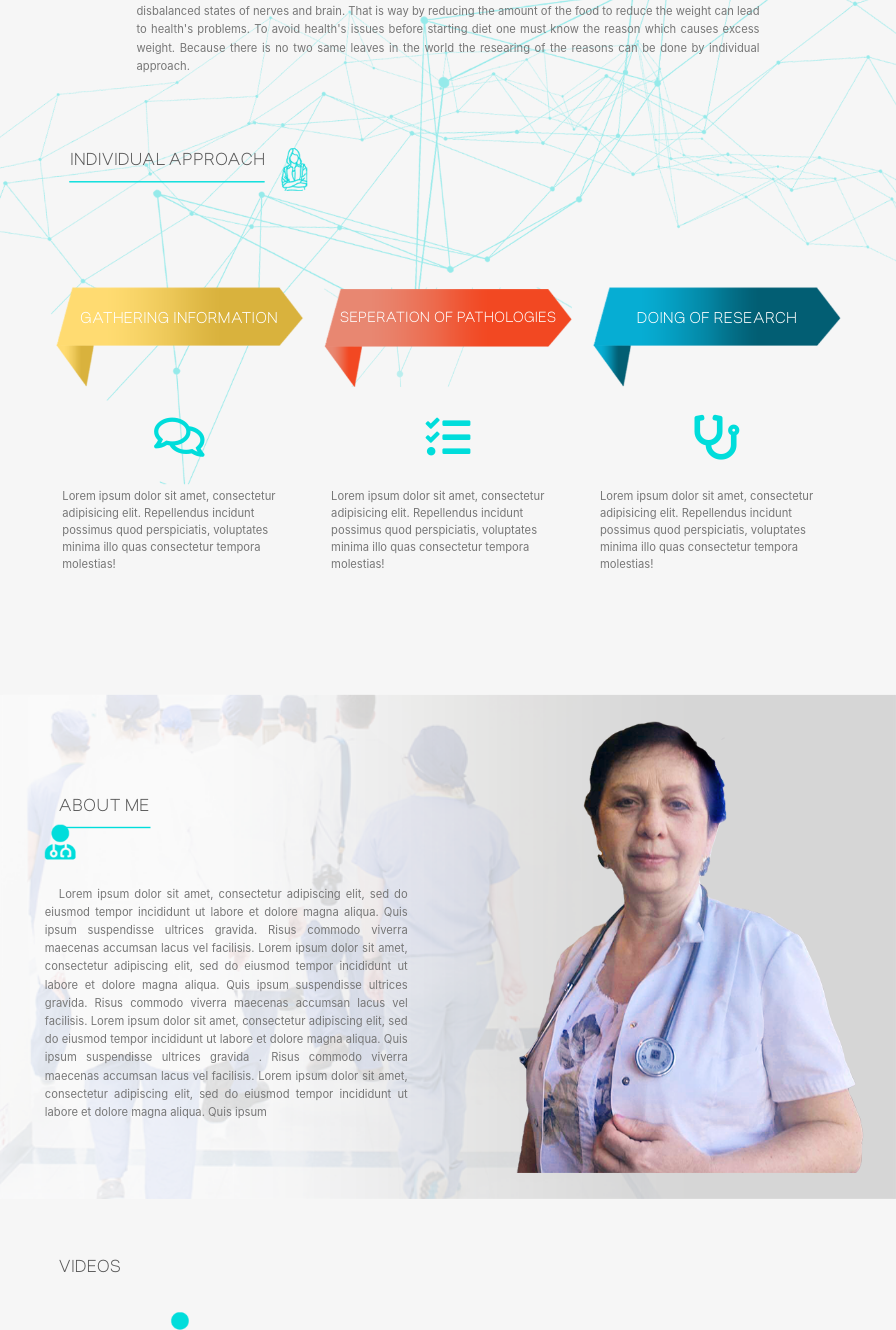
Repository: Aleksandre19/cv-ucmp
Page: index.html
The author's editor kept a record of every edit. The page is drawn from the files as they stood at one moment, then again after the next edit.
The browser window is 1280 px wide. The pictures show the part of the page from y = 854 to 2754 px (the page is 3620 px tall before and 3000 px after), at 70% of full size.
Pictures or frames that could not be fetched are drawn as grey boxes. Backgrounds fixed to the window are drawn as part of the page. Some web libraries are served in a nearby version.

Above is the page before.

### index.html
<!DOCTYPE html>
<html lang="en">

<head>
    <meta charset="UTF-8">
    <meta name="viewport" content="width=device-width, initial-scale=1.0">
    <meta http-equiv="X-UA-Compatible" content="ie=edge">
    <link rel="stylesheet" href="https://stackpath.bootstrapcdn.com/bootstrap/4.4.1/css/bootstrap.min.css" integrity="sha384-Vkoo8x4CGsO3+Hhxv8T/Q5PaXtkKtu6ug5TOeNV6gBiFeWPGFN9MuhOf23Q9Ifjh" crossorigin="anonymous">
    <link rel="stylesheet" href="https://cdnjs.cloudflare.com/ajax/libs/hover.css/2.3.1/css/hover-min.css" type="text/css" />
    <link rel="stylesheet" href="https://cdnjs.cloudflare.com/ajax/libs/font-awesome/5.11.2/css/all.min.css" type="text/css" />
    <link rel="stylesheet" href="assets/css/style.css" type="text/css" />
    <title>Document</title>


</head>

<body>



    <!-- HEADER -->
    <header class="container-fluid header no-gutters">
        <div class="row menuSlWrapper">

            <!-- TOP MAIN MENU -->
            <div class="col-8 col-sm-9 col-md-10 top-menu-wrapper">
                <nav class="navbar navbar-expand-md navbar-light main-menu">
                    <button class="navbar-toggler purple darken-3" type="button" data-toggle="collapse" data-target="#mainMenuDropdown" aria-controls="mainMenuDropdown" aria-expanded="false" aria-label="Toggle navigation">
                        <span class="navbar-toggler-icon"></span>
                    </button>
                    <div class="collapse navbar-collapse" id="mainMenuDropdown">
                        <ul class="navbar-nav mr-auto  ">
                            <li class="navbar-item"><a href="#" class="hvr-float ">home</a></li>
                            <li class="navbar-item"><a href="#" class="hvr-float">about me</a></li>
                            <li class="navbar-item"><a href="#" class="hvr-float">videos</a></li>
                            <li class="navbar-item"><a href="#" class="hvr-float">consultation</a></li>
                        </ul>
                    </div>
                </nav>
            </div>
            <!-- / TOP MAIN MENU -->

            <!-- TOP SOCIAL LINKS -->
            <div class="col-4 col-sm-3 col-md-2 social-links">
                <div class="row">
                    <div class="sl-wrapper">
                        <a href="http://www.facebook.com" target="_blank"><i class="fab fa-facebook"></i></a>
                        <a href="http://www.instagram.com" target="_blank"><i class="fab fa-instagram"></i></a>
                    </div>
                </div>
            </div>
            <!-- /TOP SOCIAL LINKS -->

        </div>
    </header>
    <!-- /HEADER -->


    <section class="container-fluid sections ">
        <!-- Here goes background slideshow's images -->
        <div class="container-fluid slideshow">

            <!-- /Welcoming text animations's container-->
        </div>
    </section>
    <div class="text-container">
        <!-- Welcoming text animations's container-->
        <div id="wh-container">
            <!-- Weight & Health's svg file container  -->
            <!-- Weight & Health's svg file -->
            <svg id="logo" width="100%" height="97" viewBox="0 0 973 97" fill="none" xmlns="http://www.w3.org/2000/svg">
                        <g filter="url(#filter0_d)">
                            <path d="M31.1216 59.2261L32.6938 70.0073L34.9961 60.293L51.168 3.24219H60.2646L76.0435 60.293L78.2896 70.1758L80.0303 59.1699L92.7207 3.24219H103.558L83.7363 85H73.9097L57.064 25.4224L55.7725 19.1895L54.481 25.4224L37.0176 85H27.1909L7.42529 3.24219H18.2065L31.1216 59.2261Z" stroke="white" stroke-width="4" mask="url(#path-1-outside-1)"/>
                            <path d="M161.788 47.2095H126.356V76.1841H167.516V85H115.575V3.24219H166.954V12.1143H126.356V38.3936H161.788V47.2095Z" stroke="white" stroke-width="4" mask="url(#path-1-outside-1)"/>
                            <path d="M192.503 85H181.722V3.24219H192.503V85Z" stroke="white" stroke-width="4" mask="url(#path-1-outside-1)"/>
                            <path d="M272.633 74.2749C269.863 78.243 265.988 81.2191 261.009 83.2031C256.068 85.1497 250.303 86.123 243.714 86.123C237.051 86.123 231.136 84.5695 225.97 81.4624C220.804 78.3179 216.799 73.8631 213.954 68.0981C211.146 62.3332 209.705 55.651 209.63 48.0518V40.9204C209.63 28.6043 212.494 19.0584 218.221 12.2827C223.986 5.507 232.072 2.11914 242.479 2.11914C251.014 2.11914 257.883 4.30908 263.087 8.68896C268.29 13.0314 271.472 19.2082 272.633 27.2192H261.852C259.83 16.4006 253.391 10.9912 242.535 10.9912C235.31 10.9912 229.826 13.5368 226.083 18.6279C222.376 23.6816 220.505 31.0189 220.467 40.6396V47.3218C220.467 56.4933 222.564 63.7931 226.756 69.2212C230.949 74.6118 236.62 77.3071 243.771 77.3071C247.813 77.3071 251.351 76.8579 254.383 75.9595C257.416 75.061 259.924 73.5449 261.908 71.4111V53.0493H242.984V44.2896H272.633V74.2749Z" stroke="white" stroke-width="4" mask="url(#path-1-outside-1)"/>
                            <path d="M353.492 85H342.655V47.2095H301.439V85H290.658V3.24219H301.439V38.3936H342.655V3.24219H353.492V85Z" stroke="white" stroke-width="4" mask="url(#path-1-outside-1)"/>
                            <path d="M427.445 12.1143H401.166V85H390.44V12.1143H364.217V3.24219H427.445V12.1143Z" stroke="white" stroke-width="4" mask="url(#path-1-outside-1)"/>
                            <path d="M462.035 63.0444C462.035 59.1138 463.12 55.5013 465.292 52.207C467.5 48.9128 471.693 45.0757 477.87 40.6958C474.238 36.2785 471.805 32.7222 470.57 30.0269C469.334 27.3315 468.717 24.6549 468.717 21.9971C468.717 15.7829 470.551 10.9163 474.22 7.39746C477.888 3.87858 482.867 2.11914 489.156 2.11914C494.771 2.11914 499.413 3.76628 503.082 7.06055C506.751 10.3174 508.585 14.4352 508.585 19.4141C508.585 22.7083 507.743 25.7593 506.058 28.5669C504.411 31.3371 501.51 34.257 497.354 37.3267L491.346 41.7627L509.54 63.4937C512.085 58.6271 513.358 53.2178 513.358 47.2656H522.735C522.735 56.8115 520.433 64.729 515.829 71.0181L527.508 85H515.042L509.596 78.5425C506.826 81.0132 503.569 82.9036 499.825 84.2139C496.119 85.4867 492.338 86.123 488.482 86.123C480.509 86.123 474.107 84.008 469.278 79.7778C464.449 75.5477 462.035 69.9699 462.035 63.0444ZM488.482 77.644C493.985 77.644 499.02 75.5477 503.587 71.355L483.653 47.4902L481.8 48.8379C475.549 53.4424 472.423 58.1779 472.423 63.0444C472.423 67.4618 473.845 70.9993 476.69 73.6572C479.573 76.3151 483.504 77.644 488.482 77.644ZM479.105 21.6602C479.105 25.2539 481.314 29.7461 485.731 35.1367L492.357 30.4761C494.903 28.6792 496.643 26.9759 497.579 25.3662C498.515 23.7191 498.983 21.735 498.983 19.4141C498.983 16.9059 498.047 14.8283 496.175 13.1812C494.304 11.4966 491.945 10.6543 489.1 10.6543C486.03 10.6543 483.597 11.7025 481.8 13.7988C480.003 15.8577 479.105 18.4782 479.105 21.6602Z" stroke="white" stroke-width="4" mask="url(#path-1-outside-1)"/>
                            <path d="M628.751 85H617.914V47.2095H576.698V85H565.917V3.24219H576.698V38.3936H617.914V3.24219H628.751V85Z" stroke="white" stroke-width="4" mask="url(#path-1-outside-1)"/>
                            <path d="M694.112 47.2095H658.68V76.1841H699.84V85H647.899V3.24219H699.278V12.1143H658.68V38.3936H694.112V47.2095Z" stroke="white" stroke-width="4" mask="url(#path-1-outside-1)"/>
                            <path d="M758.407 63.6621H724.154L716.461 85H705.343L736.563 3.24219H745.997L777.274 85H766.212L758.407 63.6621ZM727.411 54.79H755.206L741.28 16.5503L727.411 54.79Z" stroke="white" stroke-width="4" mask="url(#path-1-outside-1)"/>
                            <path d="M799.117 76.1841H837.862V85H788.28V3.24219H799.117V76.1841Z" stroke="white" stroke-width="4" mask="url(#path-1-outside-1)"/>
                            <path d="M891.151 12.1143H864.872V85H854.146V12.1143H827.923V3.24219H891.151V12.1143Z" stroke="white" stroke-width="4" mask="url(#path-1-outside-1)"/>
                            <path d="M966.114 85H955.277V47.2095H914.061V85H903.28V3.24219H914.061V38.3936H955.277V3.24219H966.114V85Z" stroke="white" stroke-width="4" mask="url(#path-1-outside-1)"/>
                        </g>
                        <defs>
                            <filter id="filter0_d" x="0.884155" y="0.119141" width="971.23" height="96.0039" filterUnits="userSpaceOnUse" color-interpolation-filters="sRGB">
                                <feFlood flood-opacity="0" result="BackgroundImageFix"/>
                                <feColorMatrix in="SourceAlpha" type="matrix" values="0 0 0 0 0 0 0 0 0 0 0 0 0 0 0 0 0 0 127 0"/>
                                <feOffset dy="4"/>
                                <feGaussianBlur stdDeviation="2"/>
                                <feColorMatrix type="matrix" values="0 0 0 0 0 0 0 0 0 0 0 0 0 0 0 0 0 0 0.20 0"/>
                                <feBlend mode="normal" in2="BackgroundImageFix" result="effect1_dropShadow"/>
                                <feBlend mode="normal" in="SourceGraphic" in2="effect1_dropShadow" result="shape"/>
                            </filter>
                        </defs>
                    </svg>
            <!-- /Weight & Health's svg file -->
            <span class="sr-only"> Weight & Health </span>
            <!-- Span for screen reader -->
        </div>
        <!-- Weight & Health's svg file container  -->

        <!-- Consultation section -->
        <div id="free-consultation-text">
            <h1>Free Consultation With </h1>
        </div>
        <!-- /Consultation section -->

        <!-- Diana's section -->
        <div id="diana">
            <h2>
                Doctor Diana Voronina-Akhvlediani
            </h2>
        </div>
        <!--/ Diana's section -->

        <p><button class="btn btn-lg btn-signUp" data-toggle="modal" data-target="#signUpModal">Sign Up</button></p>
        <!-- Sing up button -->

    </div>


    <!-- Individual approach section-->
    <section class="sections individual-section">

        <div class="container-fluid individual-section-wrapper">
            <div class="individual-section-centerer">
                <!-- Centering all section above 1300px screen resolution -->
                <article class="description">

                    <p>
                        The human consists with three independent, interconnected centers which are: body, nerves and brain. Because they are interconnected one's state reflects and influence other's state. The excess weight often can be caoused by disbalanced states of nerves
                        and brain. That is way by reducing the amount of the food to reduce the weight can lead to health's problems. To avoid health's issues before starting diet one must know the reason which causes excess weight. Because there is no
                        two same leaves in the world the researing of the reasons can be done by individual approach.

                    </p>
                    <h2 class="section-title individual-title">
                        Individual approach
                    </h2>
                    <hr class="section-title-underline individual-title-underline ">
                    <i class="individual-desc-icon d-none "></i>
                    <span class="sr-only"> Individual Approach </span>
                </article>

                <div class="row all-steps-wrapper">
                    <div class="col-sm-4 individual-steps gathering-information">
                        <div class="row">
                            <article>
                                <div class="steps-title-bg gathering-bg">
                                    <h3 class="steps-title gathering-title">
                                        Gathering information
                                    </h3>
                                </div>
                                <hr class="individual-title-divider gathering-title-divider d-lg-none">
                                <i class="far fa-comments individual-icons"></i>
                                <p class="steps-text gathering-text">
                                    Lorem ipsum dolor sit amet, consectetur adipisicing elit. Repellendus incidunt possimus quod perspiciatis, voluptates minima illo quas consectetur tempora molestias!

                                </p>
                            </article>
                        </div>
                    </div>

                    <div class="col-sm-4 individual-steps individual-separation">
                        <div class="row">
                            <article>
                                <div class="steps-title-bg separation-bg">
                                    <h3 class="steps-title separation-title">
                                        Seperation of pathologies
                                    </h3>
                                </div>
                                <hr class="individual-title-divider separation-title-divider d-lg-none">
                                <i class="fas fa-tasks individual-icons"></i>
                                <p class="steps-text separation-text">
                                    Lorem ipsum dolor sit amet, consectetur adipisicing elit. Repellendus incidunt possimus quod perspiciatis, voluptates minima illo quas consectetur tempora molestias!
                                </p>
                            </article>
                        </div>
                    </div>

                    <div class="col-sm-4 individual-steps individual-research">
                        <div class="row">
                            <article>
                                <div class="steps-title-bg research-bg">
                                    <h3 class="steps-title research-title">
                                        Doing of research
                                    </h3>
                                </div>
                                <hr class="individual-title-divider research-title-divider d-lg-none">
                                <i class="fas fa-stethoscope individual-icons"></i>
                                <p class="steps-text research-text">
                                    Lorem ipsum dolor sit amet, consectetur adipisicing elit. Repellendus incidunt possimus quod perspiciatis, voluptates minima illo quas consectetur tempora molestias!
                                </p>
                            </article>
                        </div>
                    </div>
                </div>
            </div>
        </div>
    </section>
    <!-- /Individual approach section-->


    <!-- About Me section-->
    <section class="section about-me">
        <div class="about-md-bg">
            <div class="container-fluid about-wrapper">
                <div class="row">
                    <div class="col-md-6">
                        <div class="row">
                            <article>
                                <h2 class="section-title about-title">
                                    About me
                                </h2>
                                <hr class="section-title-underline about-title-underline">
                                <i class="about-section-title-icon"></i>
                                <span class="sr-only">About Diana Voronina-Akhvlediani</span>
                                <p class="about-text">
                                    Lorem ipsum dolor sit amet, consectetur adipiscing elit, sed do eiusmod tempor incididunt ut labore et dolore magna aliqua. Quis ipsum suspendisse ultrices gravida. Risus commodo viverra maecenas accumsan lacus vel facilisis. Lorem ipsum dolor sit amet,
                                    consectetur adipiscing elit, sed do eiusmod tempor incididunt ut labore et dolore magna aliqua. Quis ipsum suspendisse ultrices gravida. Risus commodo viverra maecenas accumsan lacus vel facilisis. Lorem ipsum dolor
                                    sit amet, consectetur adipiscing elit, sed do eiusmod tempor incididunt ut labore et dolore magna aliqua. Quis ipsum suspendisse ultrices gravida . Risus commodo viverra maecenas accumsan lacus vel facilisis. Lorem
                                    ipsum dolor sit amet, consectetur adipiscing elit, sed do eiusmod tempor incididunt ut labore et dolore magna aliqua. Quis ipsum
                                </p>
                            </article>
                        </div>

                    </div>
                    <div class="d-none d-md-block col-md-6 diana-img-container">
                        <div class="row">

                            <img src="assets/images/about/md/diana-md-img.png" alt="Diana's image" class="diana-img d-lg-none" />
                            <img src="assets/images/about/lg/diana-lg-img.png" alt="Diana's image" class="diana-img d-none d-lg-block" />
                        </div>
                    </div>
                </div>
            </div>
        </div>
    </section>
    <!-- /About Me section-->


    <!-- Videos section-->
    <section class="section videos-section">
        <div class="videos-wrapper">
            <div class="container-fluid">
                <div class="row">
                    <h2 class="section-title videos-title">
                        Videos
                    </h2>
                    <hr class="section-title-underline about-title-underline">
                    <i class="about-section-title-icon"></i>
                    <div class="col-md-6 col-lg-4">
                        <div class="row">
                            <article>
                                <iframe width="100%" height="315px" src="https://www.youtube.com/embed/M8S400st6-E" frameborder="0" allow="accelerometer; autoplay; encrypted-media; gyroscope; picture-in-picture" allowfullscreen></iframe>
                                <p class="video-description">
                                    Lorem ipsum dolor sit amet, consectetur adipisicing elit. Quam quod, quisquam. Similique sit labore dolorum asperiores accusantium possimus ex, iusto obcaecati fuga.
                                </p>
                            </article>
                        </div>
                    </div>
                    <div class="col-md-6 col-lg-4">
                        <div class="row">
                            <article>
                                <iframe width="100%" height="315" src="https://www.youtube.com/embed/NzeFsI2Zoso" frameborder="0" allow="accelerometer; autoplay; encrypted-media; gyroscope; picture-in-picture" allowfullscreen></iframe>
                                <p class="video-description">
                                    Lorem ipsum dolor sit amet, consectetur adipisicing elit. Quam quod, quisquam. Similique sit labore dolorum asperiores accusantium possimus ex, iusto obcaecati fuga.
                                </p>
                            </article>
                        </div>
                    </div>
                    <div class="d-none d-lg-block col-lg-4">
                        <div class="row">
                            <article>
                                <iframe width="100%" height="315" src="https://www.youtube.com/embed/Re6V4-Qe1eo" frameborder="0" allow="accelerometer; autoplay; encrypted-media; gyroscope; picture-in-picture" allowfullscreen></iframe>
                                <p class="video-description">
                                    Lorem ipsum dolor sit amet, consectetur adipisicing elit. Quam quod, quisquam. Similique sit labore dolorum asperiores accusantium possimus ex, iusto obcaecati fuga.
                                </p>
                            </article>
                        </div>
                    </div>
                </div>
            </div>
        </div>
    </section>
    <!-- /Videos section-->


    <!-- Feedbacks section-->
    <section>

    </section>
    <!-- /Feedbacks section-->


    <!-- Consultation's section-->
    <section>

    </section>
    <!-- /Consultation's section-->


    <!-- footer section -->
    <footer>

    </footer>
    <!-- /footer section -->

    <!-- / All site wrapper div -->

    <!-- Sign up pop up -->
    <div id="modalContainer">
        <div class="modal" tabindex="-1" role="dialog" id="signUpModal">
            <div class="modal-dialog" role="document">
                <div class="modal-content">
                    <div class="modal-header">

                        <h3>
                            For more information please fill the from below and i will reach you within 24 hours.
                        </h3>

                        <button type="button" class="close" data-dismiss="modal" aria-label="Close">
                              <span aria-hidden="true">&times;</span>
                        </button>
                    </div>
                    <div class="modal-body">
                        <form>
                            <div class="form-group">
                                <label for="formGroupExampleInput">Example label</label>
                                <input type="text" class="form-control" id="formGroupExampleInput">
                            </div>
                            <div class="form-group">
                                <label for="exampleInputEmail1">Email address</label>
                                <input type="email" class="form-control" id="exampleInputEmail1" aria-describedby="emailHelp">
                                <small id="emailHelp" class="form-text text-muted">I'll never share your email with anyone else.</small>
                            </div>
                            <div class="form-group">
                                <label for="exampleFormControlTextarea1">Example textarea</label>
                                <textarea class="form-control" id="exampleFormControlTextarea1" rows="3"></textarea>
                            </div>
                            <div class="btn-moddal-wrapper">
                                <button type="submit" class="btn btn-modal">SEND</button>
                                </p>
                        </form>

                        </div>
                    </div>
                </div>
            </div>
        </div>
    </div>
    <!-- /Sign up pop up -->

    <!-- Bootstrap's javascript links-->
    <script src="https://code.jquery.com/jquery-3.4.1.slim.min.js" integrity="sha384-J6qa4849blE2+poT4WnyKhv5vZF5SrPo0iEjwBvKU7imGFAV0wwj1yYfoRSJoZ+n" crossorigin="anonymous"></script>
    <script src="https://cdn.jsdelivr.net/npm/popper.js@1.16.0/dist/umd/popper.min.js" integrity="sha384-Q6E9RHvbIyZFJoft+2mJbHaEWldlvI9IOYy5n3zV9zzTtmI3UksdQRVvoxMfooAo" crossorigin="anonymous"></script>
    <script src="https://stackpath.bootstrapcdn.com/bootstrap/4.4.1/js/bootstrap.min.js" integrity="sha384-wfSDF2E50Y2D1uUdj0O3uMBJnjuUD4Ih7YwaYd1iqfktj0Uod8GCExl3Og8ifwB6" crossorigin="anonymous"></script>
    <!-- /Bootstrap's javascript links-->
</body>

</html>

Loaded but not shown: assets/css/style.css (1476 lines, source omitted)

After the next edit:
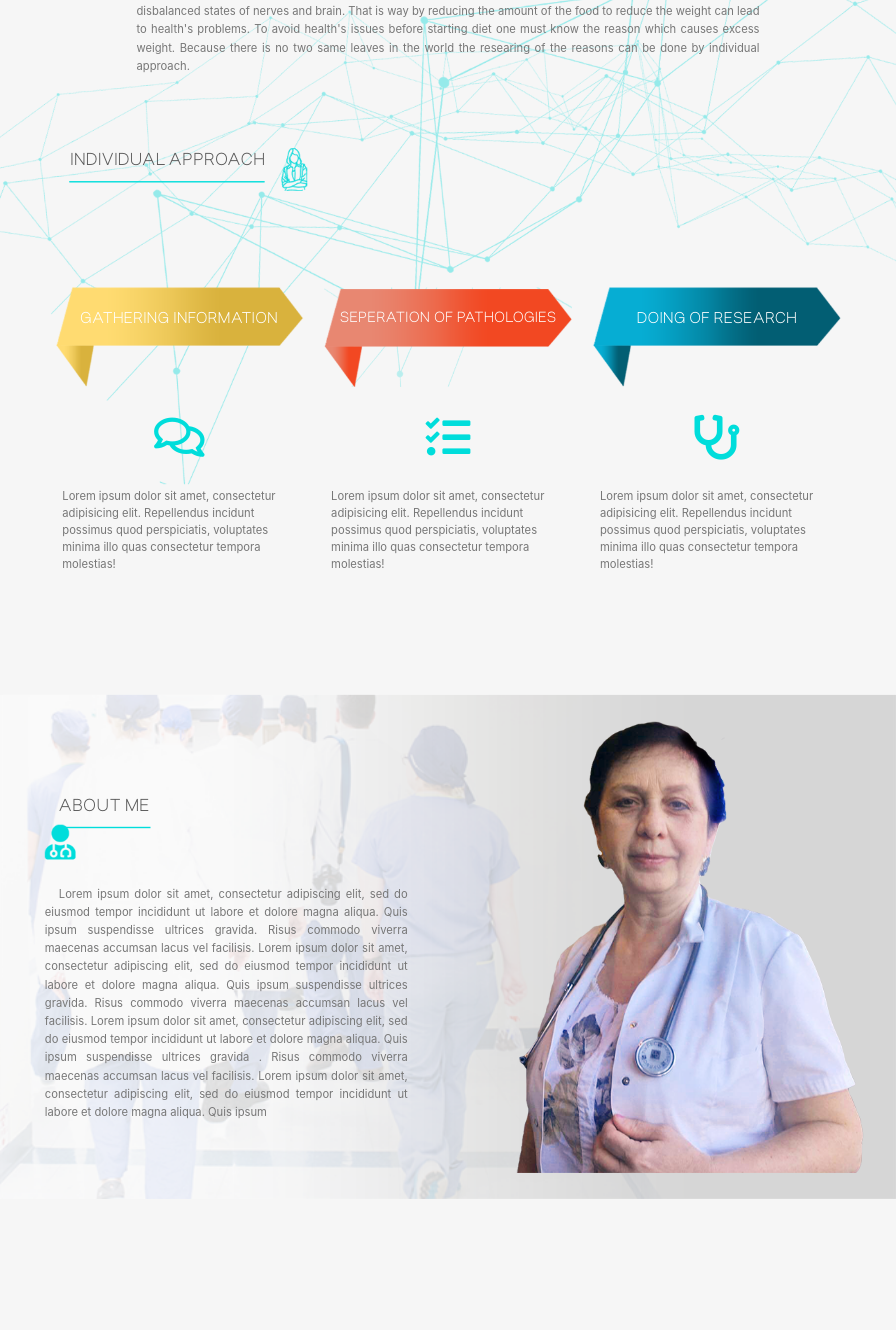
The edit:
--- a/index.html
+++ b/index.html
@@ -246,11 +246,7 @@
         <div class="videos-wrapper">
             <div class="container-fluid">
                 <div class="row">
-                    <h2 class="section-title videos-title">
-                        Videos
-                    </h2>
-                    <hr class="section-title-underline about-title-underline">
-                    <i class="about-section-title-icon"></i>
+
                     <div class="col-md-6 col-lg-4">
                         <div class="row">
                             <article>
